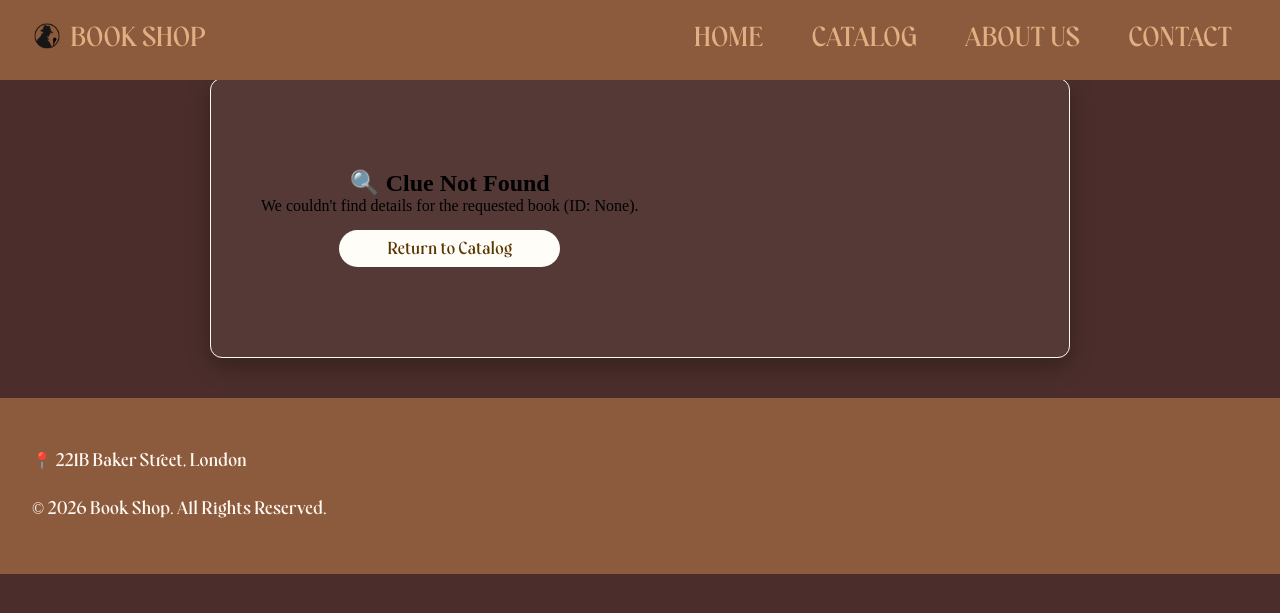
Repository: Nicholas0103/Book_Shop
Page: html/book.html
The author's editor kept a copy of each file at every save. The page is drawn from the files as they stood at one save, then again after the next save.
The browser window is 1280 px wide. The pictures show the whole page.

Above is the page before, as saved 2026-07-27 17:45:38.

### html/book.html

<!DOCTYPE html>
<html lang="en">

<head>
    <meta charset="UTF-8">
    <meta name="viewport" content="width=device-width, initial-scale=1.0">
    <title>Mystery Bookstore</title>
    <link rel="stylesheet" href="/css/style.css">
</head>

<body>

    <header>
        <div class="logo">
            <img src="/assets/images/logo.png" class="logo-img" alt="logo">
            <p>Book Shop</p>
        </div>
        <nav>
            <ul class="top-bar">
                <li><a href="#home" class="active">Home</a></li>
                <li><a href="#features">Catalog</a></li>
                <li><a href="about.html">About Us</a></li>
                <li><a href="#contact">Contact</a></li>
            </ul>
        </nav>
    </header>

    <main class="page-content">
        <div class="book-details-wrapper">
            <a href="javascript:history.back()" class="back-link">&larr; Back to Collection</a>
            <div id="book-details-container" class="book-details-card">
            </div>
        </div>
    </main>


    <footer>
        <div class="footer-info">
            <p>📍 221B Baker Street, London</p>
            <p>&copy; 2026 Book Shop. All Rights Reserved.</p>
        </div>
    </footer>

    <script src="/js/main.js"></script>
    <script src="/js/book.js"></script>
</body>
</html>

### css/style.css
/* ========================================
1. COLOR
======================================== */

:root {
    --bg-color: #4B2E2B;
    --logo-color: #000000;
    --text-color: #e1af82;
    --hover-color: #FFF8F0;
    --border-color: #4B2E2B;
    --accent-color: #8C5A3C;

    --border-color: rgb(75, 46, 43);
}

/* ========================================
2. FONTS
======================================== */

@font-face {
    font-family: 'Hexen';
    src: url('/assets/fonts/Hexen.otf') format('opentype');
}

@font-face {
    font-family: 'Sins';
    src: url('/assets/fonts/Sins.otf') format('opentype');
}

@font-face {
    font-family: 'Kait';
    src: url('/assets/fonts/Kait.otf') format('opentype');
}

@font-face {
    font-family: 'Aulieny';
    src: url('/assets/fonts/Aulieny.otf') format('opentype');
}

/* ========================================
3. BASE STYLES
======================================== */

* {
    margin: 0;
    padding: 0;
    box-sizing: border-box;
    scroll-behavior: smooth;
}

body {
    margin: 0;
    padding: 0;
    background-color: var(--bg-color);
}

/* ========================================
4. HEADER
======================================== */

header {
    top: 0;
    left: 0;
    display: flex;
    align-items: center;
    justify-content: space-between;
    padding: 1rem 2rem;
    background-color: var(--accent-color);
    font-size: 1.5rem;
    position: relative;
    position: fixed;
    width: 100%;
    z-index: 1000;
}

.logo {
    display: flex;
    color: var(--text-color);
    font-family: Aulieny;
    text-transform: uppercase;
    gap: 0.5rem;
    align-items: center;
}

.logo-img {
    margin-bottom: 0.5rem;
    width: 30px;
}

.top-bar {
    display: flex;
    list-style: none;
    gap: 3rem;
    margin-right: 1rem;
}

.top-bar a {
    text-decoration: none;
    color: var(--text-color);
    text-transform: uppercase;
    font-family: Aulieny;
    transition: color 0.3s ease;
}

.top-bar a:hover {
    color: var(--hover-color);
}

/* ========================================
5. HOME SECTION
======================================== */

.home-section {
    min-height: 100vh;
    padding-top: 50vh;
    display: flex;
    align-items: center;
    padding: 80px 4rem 0 4rem;
    border-bottom: 2px dashed var(--accent-color);
    background: linear-gradient(rgba(75, 46, 43, 0.4), rgba(75, 46, 43, 0.4)), url('/assets/images/background-2.png');
    background-size: cover;
    background-repeat: no-repeat;
}

.hero-container {
    width: 100%;
    max-width: 1600px;
    margin: 0 auto;
    display: grid;
    grid-template-columns: 1fr 1fr;
    gap: 9rem;
    align-items: center;
}

.hero-text h1 {
    font-size: 8rem;
    line-height: 0.82;
    color: #fff8f0;
    margin: 0;
    font-family: Sins;
    letter-spacing: 2px;

}
.hero-text p {
    font-size: 2.2rem;
    color: #b88b68;
    margin: 1.2rem 0 3.5rem;
    letter-spacing: 2px;
}
.explore-btn {
    background: var(--accent-color);
    color: var(--hover-color);
    padding: 1rem 4rem 0.5rem 4rem;
    border-radius: 99px;
    font-size: 1.8rem;
    text-decoration: none;
    transition: 0.3s ease;
    display: inline-block;
    font-family: Aulieny;
}
.explore-btn:hover {
    background: #996b4b;
    transform: translateY(-4px);
}

.hero-books {
    position: relative;
    height: 400px;
    left: 2rem;
    margin-top: -4rem;
}
.book {
    width: 220px;
    height: 330px;
    object-fit: cover;
    border-radius: 6px;
    box-shadow: 0 8px 22px rgba(0,0,0,0.45);
    position: absolute;
    transition: all 0.3s ease;
}
.book1 {
    top: 0;
    left: 30px;
    transform: rotate(-6deg);
    z-index: 3;
}
.book2 {
    top: 80px;
    left: 130px;
    transform: rotate(4deg);
    z-index: 2;
}
.book3 {
    top: 140px;
    left: 60px;
    transform: rotate(-2deg);
    z-index: 1;
}
.book:hover {
    transform: rotate(0deg) translateY(-12px);
    z-index: 10;
}


/* ========================================
6. MAIN SECTION
======================================== */

.features-section {
    padding: 1rem 1rem 5rem 1rem;
    text-align: center;
    border-bottom: 2px dashed var(--accent-color);
}

.section-title {
    font-family: Sins;
    font-size: 5rem;
    letter-spacing: 1px;
    color: var(--hover-color);
    margin-bottom: -0.5rem;
    text-transform: uppercase;
    margin-top: 3rem;
}

.section-subtitle {
    font-family: Aulieny;
    font-size: 2.5rem;
    color: var(--accent-color);
    margin-bottom: 3rem;
    text-transform: uppercase;
}

/* ========================================
5. FEATURES SECTION
======================================== */

.slider-wrapper {
    display: flex;
    align-items: center;
    justify-content: space-between;
    position: relative;
    margin: 0 auto;
}

.slider-track {
    flex: 0 0 calc(90% - 15px);
    display: flex;
    overflow: hidden;
    scroll-behavior: smooth;
    gap: 2rem;
    overflow-x: auto;

    padding-left: 2rem;
    padding-right: 2rem;
    box-sizing: border-box;
    -webkit-mask-image: linear-gradient(
        to right,
        transparent 0%,
        black 8%,
        black 92%,
        transparent 100%
    );
    mask-image: linear-gradient(
        to right,
        transparent 0%,
        black 8%,
        black 92%,
        transparent 100%
    );
}

.slider-track::-webkit-scrollbar {
    display: none;
}

.button-area {
    display: flex;
    width: 5%;
    justify-content: center;
    align-items: center;
}

.arrow-btn {
    background-color: #FFFDF8;
    color: #5A3500;
    border: none;
    width: 40px;
    height: 40px;
    border-radius: 50%;
    cursor: pointer;
    font-size: 1.1rem;
    display: flex;
    align-items: center;
    justify-content: center;
    z-index: 10;
    transition: background-color 0.2s;
}

.arrow-btn:hover {
    background-color: #D4AF37;
}

.book-card {
    display: flex;
    flex-direction: column;
    align-items: center;
}

.book-cover-link {
    display: block;
    width: 12rem;
    height: 20rem;
    margin-bottom: 15px;
    border-radius: 6px;
    overflow: hidden;
    border: 1px solid var(--accent-color);
    background-color: var(--accent-color);
}

.book-cover:hover {
    transform: scale(1.03);
    opacity: 1.0;
}

.book-cover {
    width: 100%;
    height: 100%;
    opacity: 0.8;
    object-fit: cover;
    display: block;
    transition: all 0.3s ease;
}

.buy-btn {
    background-color: #FFFDF8;
    color: #5A3500;
    border: none;
    padding: 0.3rem 3rem 0.1rem 3rem;
    border-radius: 20px;
    font-family: Aulieny;
    font-size: 0.95rem;
    cursor: pointer;
    transition: transform 0.2s, background-color 0.2s;
    margin-top: 1rem;
}

.buy-btn:hover {
    background-color: var(--accent-color);
    color: var(--hover-color);
    transform: translateY(-2px);
}


@media (max-width: 768px) {
    .book-card {
        flex: 0 0 calc(50% - 10px);
    }
}

/* ========================================
6. FOOTER
======================================== */

footer {
    background-color: var(--accent-color);
    padding: 3rem 2rem;
}

footer p {
    font-family: aulieny;
    font-size: 1rem;
    color: var(--hover-color);
    margin-bottom: 1rem;
}

footer p:last-child {
    margin-bottom: 0;
}

/* ========================================
7. ABOUT PAGE
======================================== */

.about-section {
    padding: 9rem 1rem 5rem 1rem;
    text-align: center;
    border-bottom: 2px dashed var(--accent-color);
}

.about-img {
    width: 90%;
    border: 1px solid var(--accent-color);
    border-radius: 20px;
    opacity: 0.8;
    margin: 1rem 0 5rem 0;
}

.about-block {
    margin: 3rem auto;
    max-width: 1000px;
    text-align: center;
}
.about-block h3 {
    font-family: Sins;
    font-size: 2.2rem;
    margin-bottom: 1rem;
    color: var(--text-color);
    text-align: center;
}
.about-block p {
    font-size: 1.15rem;
    line-height: 1.85;
    color: var(--hover-color);
    font-family: Georgia, "Times New Roman", serif;
    letter-spacing: 0.3px;
}
.about-container {
    max-width: 1100px;
    margin: 0 auto;
    padding: 0 1rem;
}

.reveal {
    opacity: 0;
    transform: translateY(40px);
    transition: all 0.8s ease-out;
}
.reveal.active {
    opacity: 1;
    transform: translateY(0);
}
.top-bar a.active {
    color: var(--hover-color);
    text-decoration: underline;
    text-decoration-color: var(--hover-color);
    text-decoration-thickness: 2px;
    text-underline-offset: 0.5rem;
}




/* Book.html */
/* Single Book Detail Layout */
.book-details-wrapper {
    max-width: 900px;
    margin: 40px auto;
    padding: 0 20px;
}

.back-link {
    display: inline-block;
    margin-bottom: 20px;
    color: var(--hover-color, #D4AF37);
    text-decoration: none;
    font-size: 1rem;
    font-weight: bold;
    transition: transform 0.2s;
}

.back-link:hover {
    transform: translateX(-4px);
}

.book-details-card {
    display: flex;
    gap: 40px;
    background-color: rgba(255, 255, 255, 0.05);
    border: 1px solid var(--hover-color, #D4AF37);
    border-radius: 12px;
    padding: 30px;
    box-shadow: 0 8px 24px rgba(0, 0, 0, 0.3);
}

.detail-cover-container {
    flex: 0 0 300px;
}

.detail-cover {
    width: 100%;
    height: auto;
    border-radius: 8px;
    box-shadow: 0 4px 12px rgba(0, 0, 0, 0.5);
    border: 1px solid rgba(255, 255, 255, 0.2);
}

.detail-info {
    flex: 1;
    display: flex;
    flex-direction: column;
    justify-content: space-between;
}

.detail-title {
    font-family: Georgia, serif;
    font-size: 2.2rem;
    margin-bottom: 8px;
}

.detail-author {
    font-size: 1.2rem;
    opacity: 0.85;
    margin-bottom: 20px;
}

.detail-metadata {
    display: flex;
    gap: 15px;
    flex-wrap: wrap;
    margin-bottom: 20px;
}

.badge {
    background-color: rgba(212, 175, 55, 0.15);
    color: var(--hover-color, #D4AF37);
    border: 1px solid var(--hover-color, #D4AF37);
    padding: 6px 14px;
    border-radius: 20px;
    font-size: 0.9rem;
}

.detail-price-row {
    display: flex;
    align-items: center;
    gap: 20px;
    margin-top: 20px;
}

.detail-price {
    font-size: 1.8rem;
    font-weight: bold;
    color: var(--hover-color, #D4AF37);
}

/* Fallback state when book ID is not found */
.not-found-message {
    text-align: center;
    padding: 60px 20px;
}

/* Responsive view for mobile screens */
@media (max-width: 768px) {
    .book-details-card {
        flex-direction: column;
        align-items: center;
        text-align: center;
    }

    .detail-cover-container {
        flex: 0 0 auto;
        width: 220px;
    }

    .detail-metadata {
        justify-content: center;
    }

    .detail-price-row {
        justify-content: center;
    }
}

### js/main.js
function revealAnimation() {
    const reveals = document.querySelectorAll('.reveal');
    const windowHeight = window.innerHeight;
    const revealPoint = 150;

    reveals.forEach(item => {
        const itemTop = item.getBoundingClientRect().top;
        if (itemTop < windowHeight - revealPoint) {
            item.classList.add('active');
        }
    });
}

function navScrollSpy() {
    const sections = document.querySelectorAll('section[id]');
    const navLinks = document.querySelectorAll('.top-bar a');
    const headerOffset = 120;

    let currentSection = "";
    sections.forEach(section => {
        const sectionTop = section.offsetTop - headerOffset;
        const sectionHeight = section.offsetHeight;
        if (window.scrollY >= sectionTop && window.scrollY < sectionTop + sectionHeight) {
            currentSection = section.getAttribute('id');
        }
    });

    navLinks.forEach(link => {
        link.classList.remove('active');
        if (link.getAttribute('href') === `#${currentSection}`) {
            link.classList.add('active');
        }
    });
}

window.addEventListener('scroll', () => {
    revealAnimation();
    navScrollSpy();
});
window.addEventListener('load', () => {
    revealAnimation();
    navScrollSpy();
});

document.addEventListener("DOMContentLoaded", () => {

    const sliders = document.querySelectorAll(".slider-wrapper");
    const scrollAmount = 200;

    sliders.forEach(slider => {
        const track = slider.querySelector(".slider-track");
        const prevBtn = slider.querySelector(".left-arrow");
        const nextBtn = slider.querySelector(".right-arrow");

        if (nextBtn && track) {
            nextBtn.addEventListener("click", () => {
                track.scrollBy({
                    left: scrollAmount,
                    behavior: "smooth"
                });
            });
        }

        if (prevBtn && track) {
            prevBtn.addEventListener("click", () => {
                track.scrollBy({
                    left: -scrollAmount,
                    behavior: "smooth"
                });
            });
        }
    });


    const container = document.getElementById("book-details-container");

    // 1. Get the book ID from the URL (e.g., "?book=6")
    const urlParams = new URLSearchParams(window.location.search);
    const bookId = urlParams.get("book");

    // 2. Find the book in your BooksData array (using loose equality for string vs number comparison)
    const selectedBook = BooksData.find(book => book.id == bookId);

    // 3. Render the details or show an error if not found
    if (selectedBook) {
        container.innerHTML = `
            <div class="detail-cover-container">
                <img src="${selectedBook.cover}" alt="${selectedBook.title}" class="detail-cover">
            </div>
            <div class="detail-info">
                <div>
                    <h1 class="detail-title">${selectedBook.title}</h1>
                    <p class="detail-author">By ${selectedBook.author}</p>

                    <div class="detail-metadata">
                        <span class="badge">⭐ ${selectedBook.rating} / 5.0</span>
                        <span class="badge">📁 ${selectedBook.subgenre}</span>
                        <span class="badge">📅 Published: ${selectedBook.published_year}</span>
                    </div>
                </div>

                <div class="detail-price-row">
                    <span class="detail-price">${selectedBook.price}</span>
                    <button class="buy-btn">Acquire Case File</button>
                </div>
            </div>
        `;
    } else {
        container.innerHTML = `
            <div class="not-found-message">
                <h2>🔍 Clue Not Found</h2>
                <p>We couldn't find details for the requested book (ID: ${bookId || 'None'}).</p>
                <a href="catalog.html" class="buy-btn" style="display: inline-block; margin-top: 15px; text-decoration: none;">Return to Catalog</a>
            </div>
        `;
    }
});

### js/book.js

const BooksData = [
    {
        id: 1,
        title: "Detection Unlimited",
        author: "Georgette Heyer",
        cover: "/assets/book/book_1.jpg",
        rating: 3.8,
        subgenre: "subgenre 3",
        published_year: "1971",
        price: "$8.39",
    },
    {
        id: 2,
        title: "The Mysterious Island",
        author: "Jules Verne",
        cover: "/assets/book/book_2.jpg",
        rating: 3.9,
        subgenre: "subgenre 2",
        published_year: "1977",
        price: "9.99",
    },
    {
        id: 3,
        title: "Sherlock Holmes",
        author: "Conan Doyle",
        cover: "/assets/book/book_3.jpg",
        rating: 4.8,
        subgenre: "subgenre 1",
        published_year: "1924",
        price: "$15.99",
    },
    {
        id: 4,
        title: "The Mystery of the Blue Train",
        author: "Agatha Christie",
        cover: "/assets/book/book_4.png",
        rating: 4.1,
        subgenre: "subgenre 1",
        published_year: "2024",
        price: "$15.99",
    },
    {
        id: 5,
        title: "Murder in Three Acts",
        author: "Agatha Christie",
        cover: "/assets/book/book_5.png",
        rating: 3.7,
        subgenre: "subgenre 2",
        published_year: "1984",
        price: "$7.40",
    },
    {
        id: 6,
        title: "The Mysterious Cargo",
        author: "Galila Ben-Uri",
        cover: "/assets/book/book_6.png",
        rating: 3.2,
        subgenre: "subgenre 2",
        published_year: "1989",
        price: "$19.40",
    },
    {
        id: 7,
        title: "The Mystery of the Green Ghost",
        author: "Robert Arthur",
        cover: "/assets/book/book_7.png",
        rating: 4.0,
        subgenre: "subgenre 4",
        published_year: "1980",
        price: "$9.20",
    },
    {
        id: 8,
        title: "Emil and the Detectives",
        author: "Erich Kästner",
        cover: "/assets/book/book_8.png",
        rating: 4.2,
        subgenre: "subgenre 4",
        published_year: "1930",
        price: "$5.30",
    },
    {
        id: 9,
        title: "Murder Most Unladylike",
        author: "Robin Stevens",
        cover: "/assets/book/book_9.png",
        rating: 4.2,
        subgenre: "subgenre 4",
        published_year: "2016",
        price: "$19.53",
    },
]

After the next save:
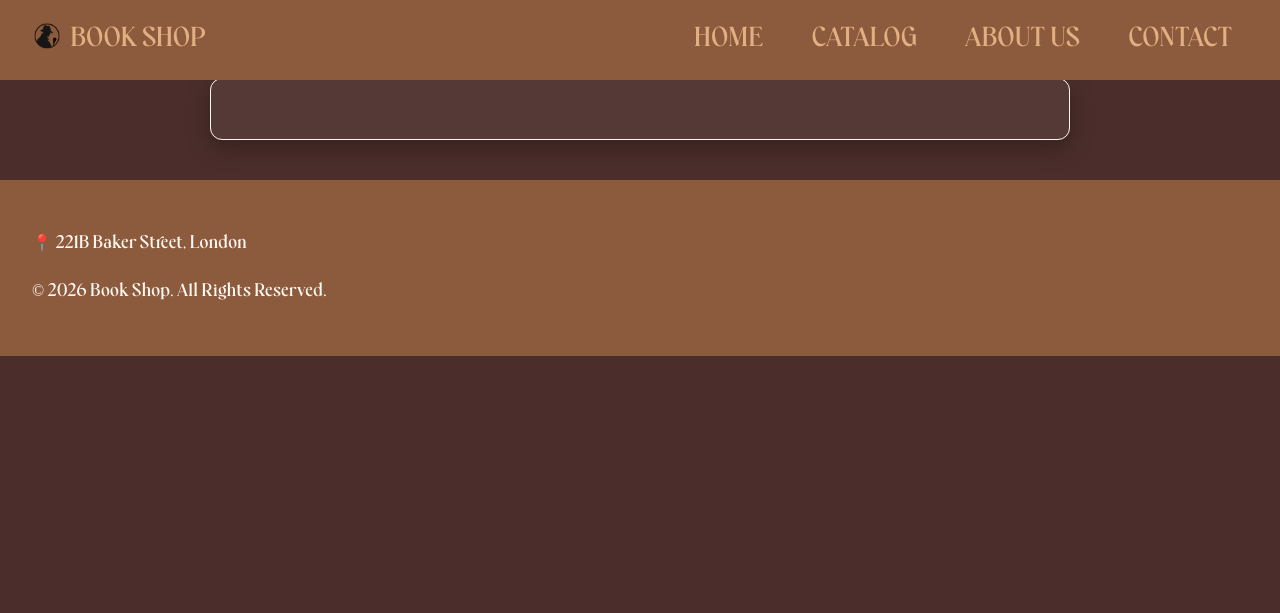
Console error: SyntaxError: Unexpected token ']'
Saved 92 min 3 s later.
--- a/js/book.js
+++ b/js/book.js
@@ -90,4 +90,15 @@
         published_year: "2016",
         price: "$19.53",
     },
+    {
+        id: 9,
+        title: "Murder Most Unladylike",
+        author: "Robin Stevens",
+        cover: "/assets/book/book_9.png",
+        rating: 4.2,
+        subgenre: "subgenre 4",
+        published_year: "2016",
+        price: "$19.53",
+    },
 ]
+]

After the 2 saves that followed:
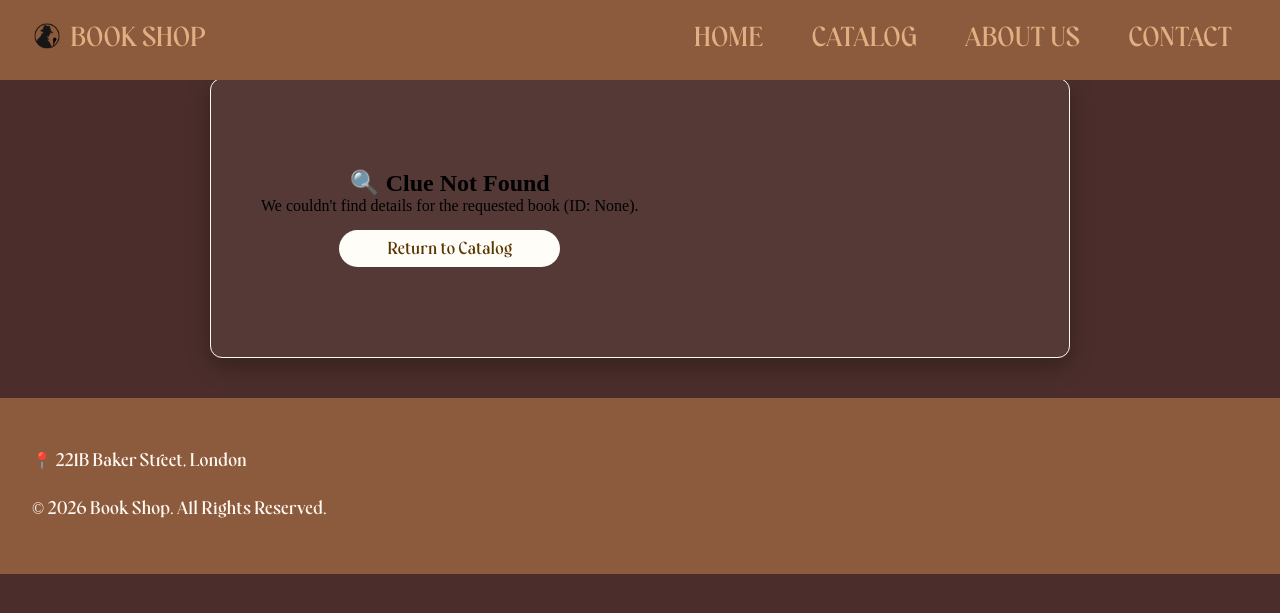
The error is gone.
The 2 saves are shown as one change because they came seconds apart.
The last was saved 7 s later.
--- a/js/book.js
+++ b/js/book.js
@@ -91,7 +91,7 @@
         price: "$19.53",
     },
     {
-        id: 9,
+        id: 10,
         title: "Murder Most Unladylike",
         author: "Robin Stevens",
         cover: "/assets/book/book_9.png",
@@ -101,4 +101,3 @@
         price: "$19.53",
     },
 ]
-]
